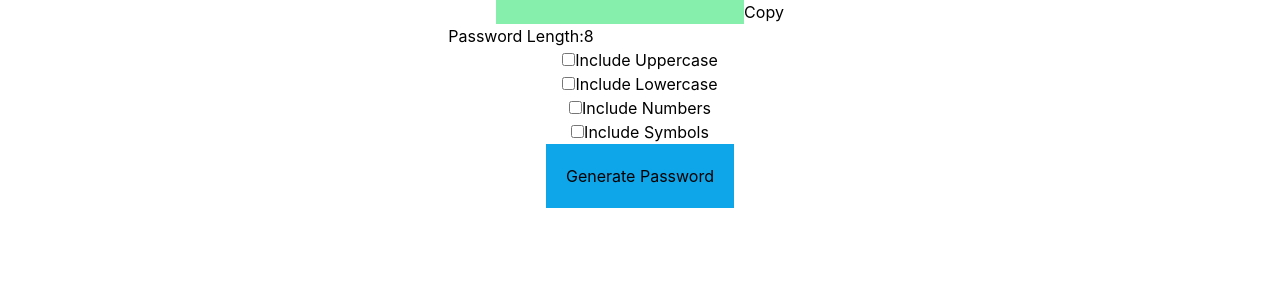
Repository: sriram1224/Password-generator
Page: / (app in password-generator/)
These files come from the project's save history. The page is drawn as it stood at one moment and after the next save; the edit follows.
The browser window is 1280 px wide. The pictures show the whole page.
Some web libraries are served in a nearby version. The project was rebuilt for these pictures with package versions that can differ from the ones it lists, and the page was loaded fresh each time.

Above is the page before, as saved 2024-03-10 21:23:15.

After the next save:
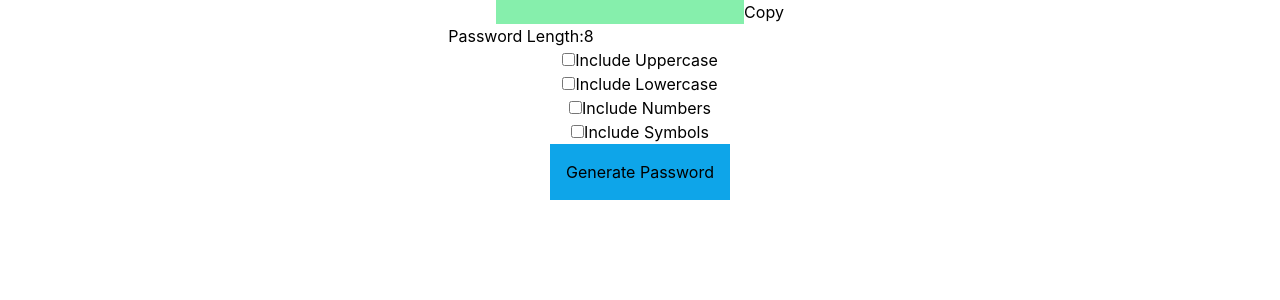
Saved 7 s later.
--- a/password-generator/src/Components/content.js
+++ b/password-generator/src/Components/content.js
@@ -71,7 +71,7 @@ const PasswordGenerator = () => {
         </label>
       </div>
 
-          <button onClick={generatePassword} class="bg-sky-500/100 p-5">Generate Password</button>
+          <button onClick={generatePassword} class="bg-sky-500/100 p-4">Generate Password</button>
     </div>
   );
 };
